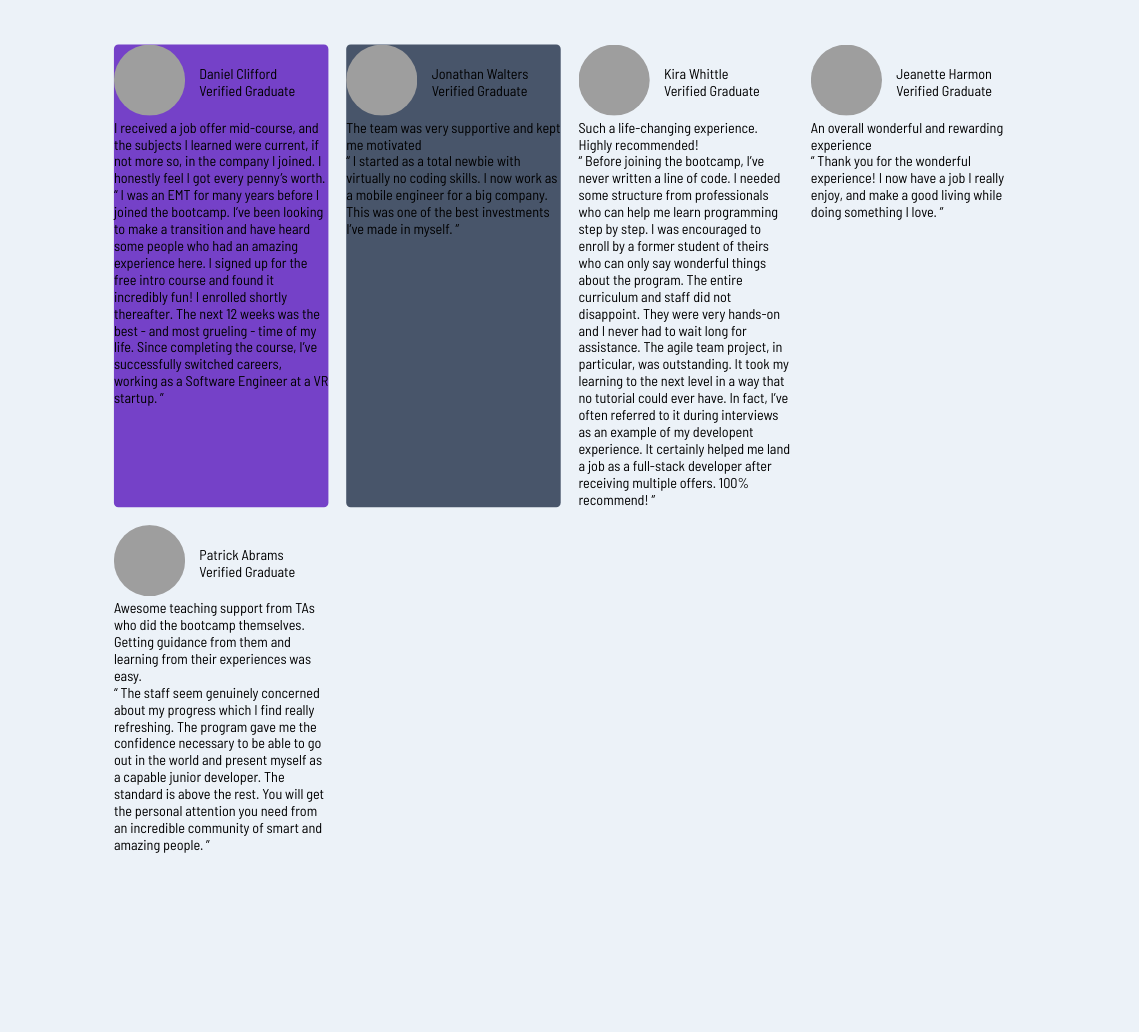
Repository: nptg3105/lab02-testimonials-grid
Page: index.html
An editor plug-in stored every save of this project. The page is shown before and after the next save, followed by the edit.
The browser window is 1280 px wide. The pictures show the whole page, at 89% of full size.
Pictures or frames that could not be fetched are drawn as grey boxes. The style sheet was rebuilt from its Sass, Less or Tailwind sources for each picture, by a compiler version that may differ from the author's.

Above is the page before, as saved 2021-12-08 05:32:01.

After the next save:
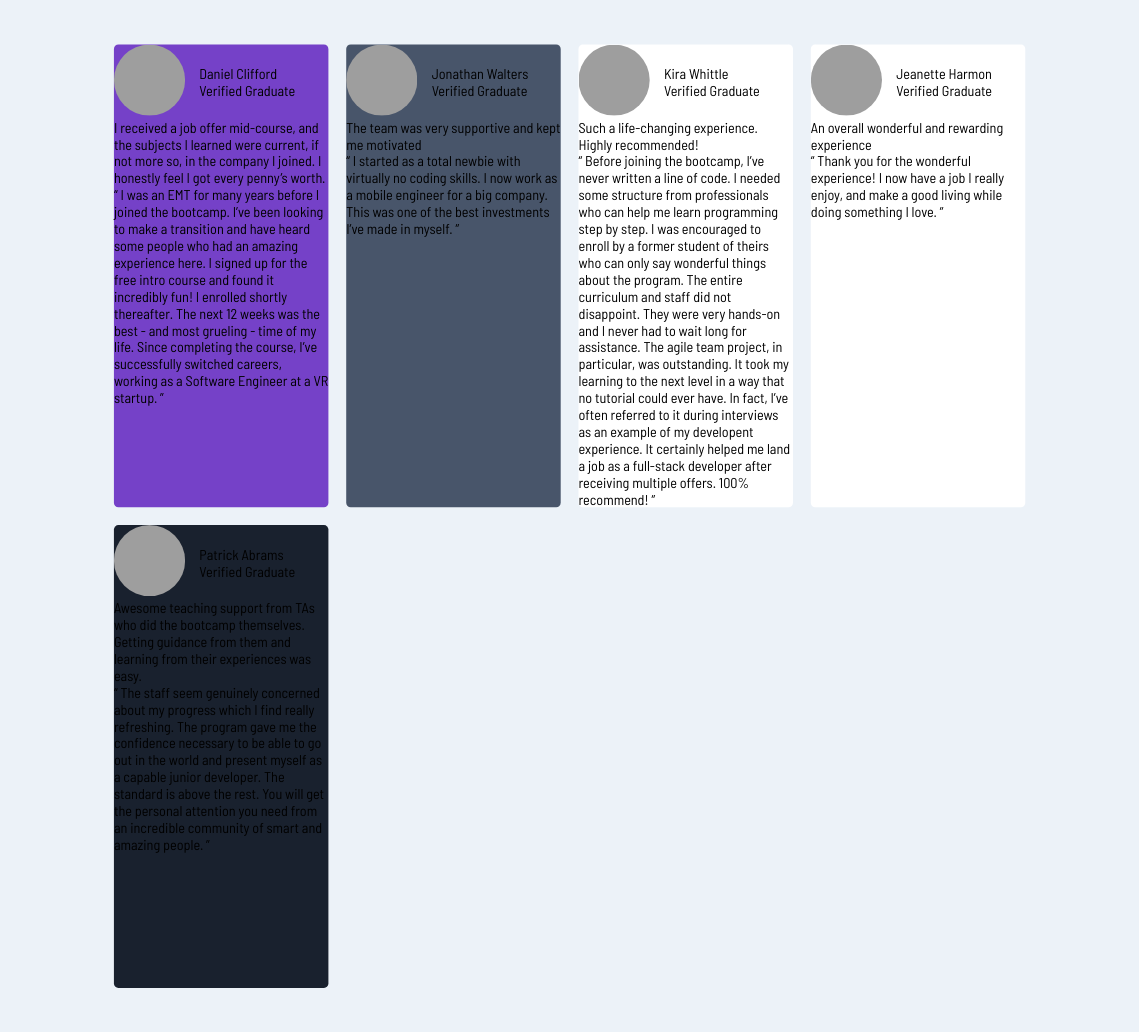
Saved 26 s later.
--- a/style.scss
+++ b/style.scss
@@ -40,6 +40,14 @@ body {
         &--grey {
             background-color: $grey-color;
         }
+
+        &--white {
+            background-color: $white-color;
+        }
+
+        &--black {
+            background-color: $black-color;
+        }
     }
 }
 
